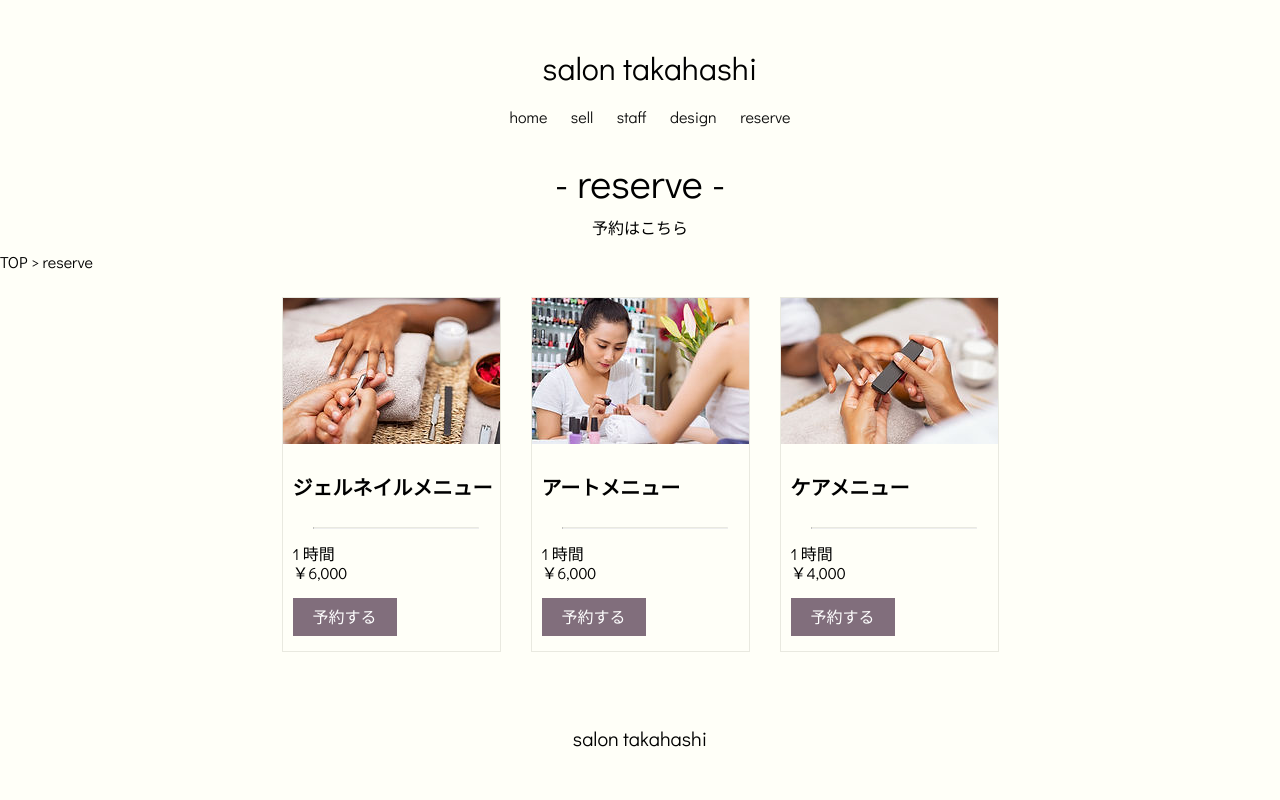
Repository: yukitakahashi1002/salontakahashi-
Page: reserve.html
An editor plug-in stored every save of this project. The page is shown before and after the next save, followed by the edit.
The browser window is 1280 px wide. The pictures show the whole page.

Above is the page before, as saved 2023-08-07 01:28:55.

After the next save:
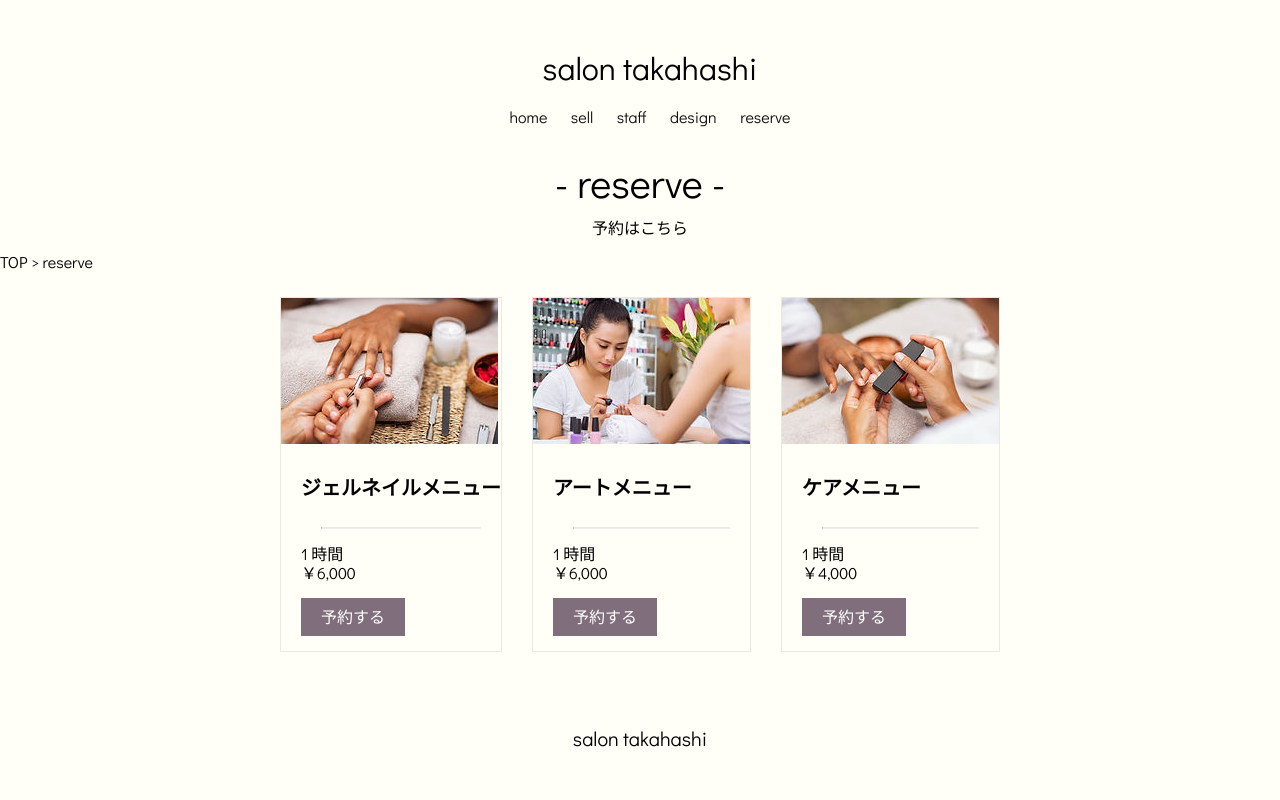
Saved 23 s later.
--- a/css/style.css
+++ b/css/style.css
@@ -287,7 +287,7 @@ h3 {
 }
 
 .reserve-item {
-    margin: 0 0 0 10px;
+    margin: 0 0 0 20px;
 }
 
 #reserve-flex > div {
